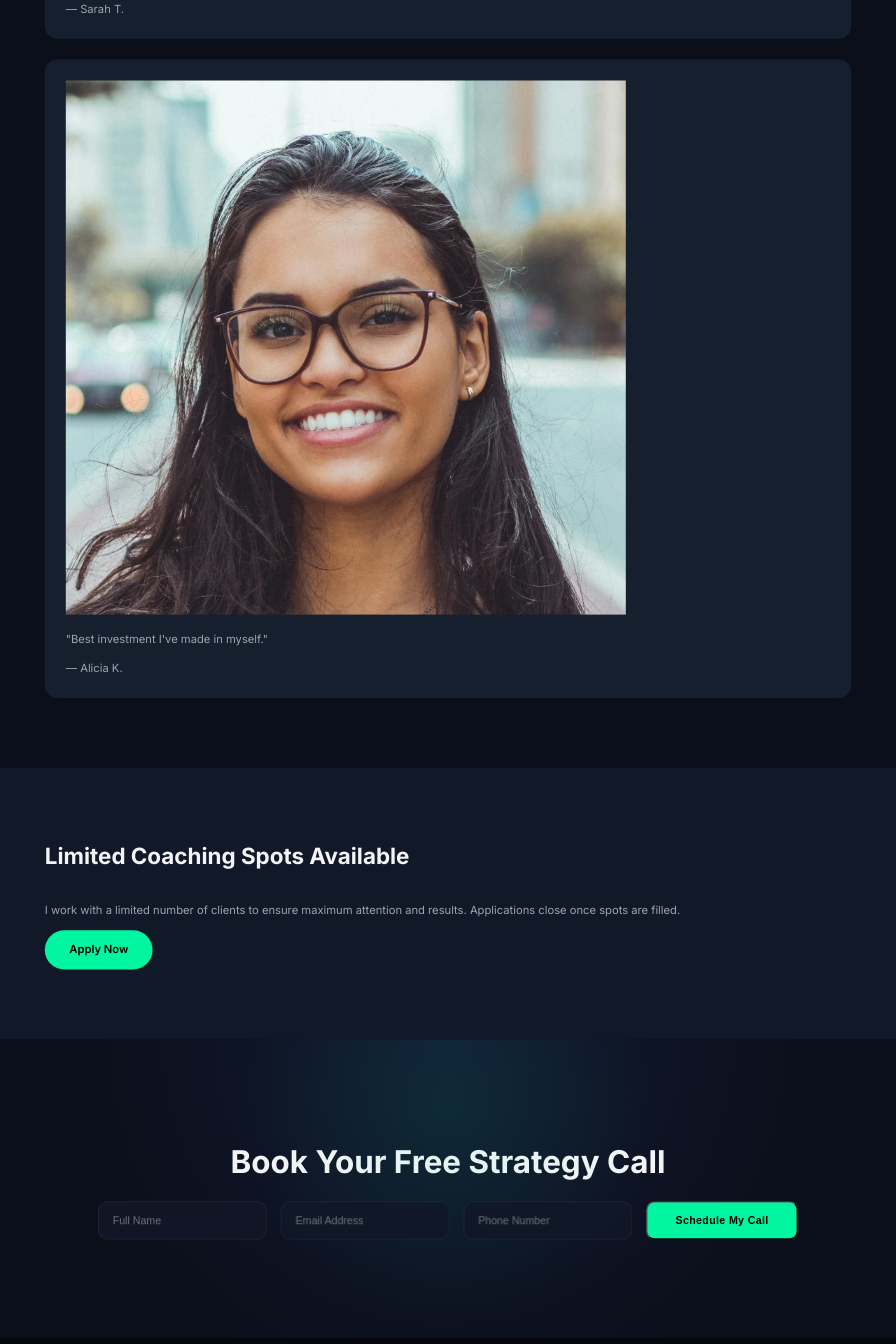
Repository: davidfsillva/Landing-page-pro
Page: index.html
The author's editor kept a copy of each file at every save. The page is drawn from the files as they stood at one save, then again after a run of saves.
The browser window is 1280 px wide. The pictures show the part of the page from y = 4580 to 6500 px (the page is 6627 px tall before and 6593 px after), at 70% of full size.

Above is the page before, as saved 2026-02-25 19:46:32.

After the next 3 saves:
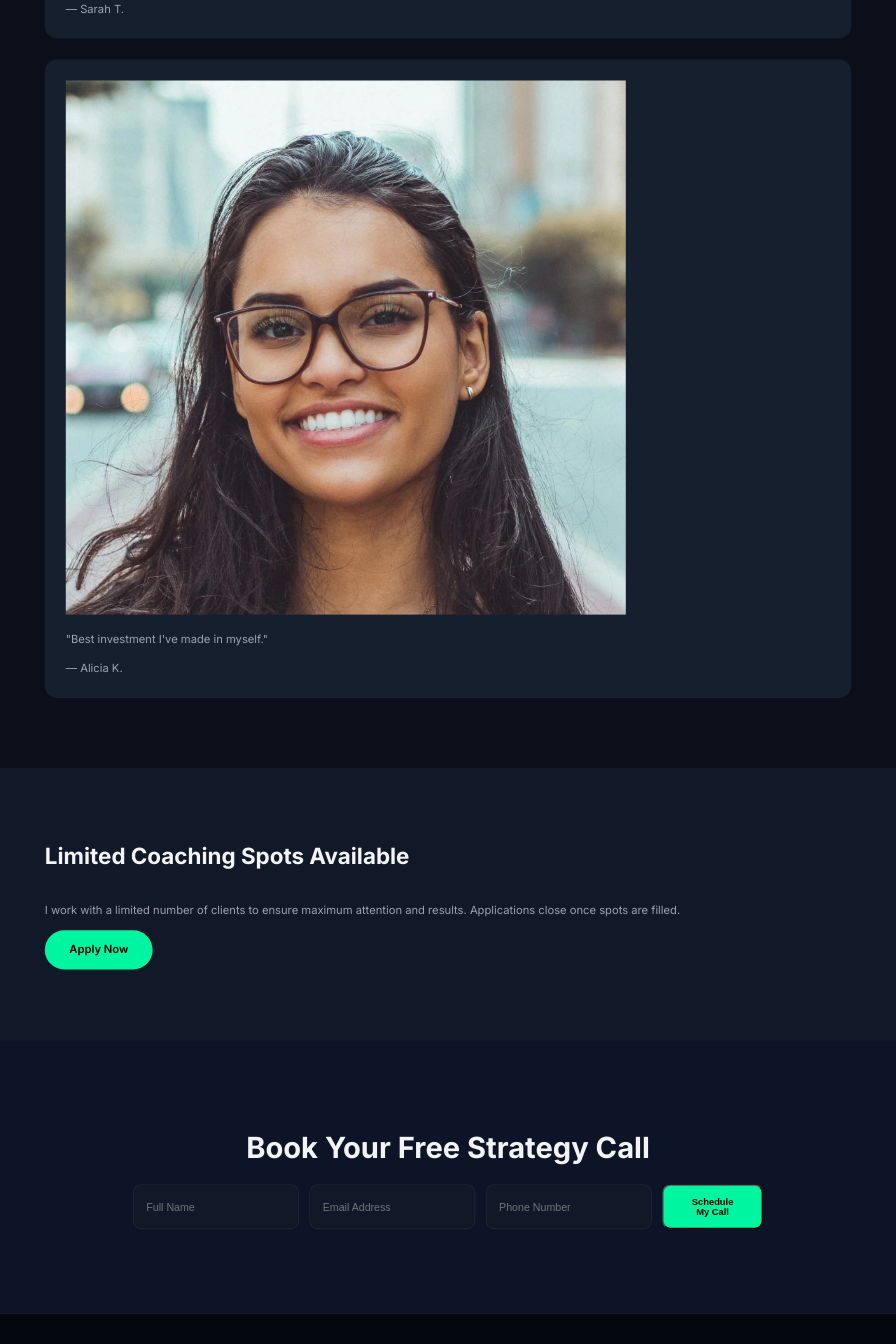
The 3 saves are shown as one change because they came seconds apart.
The last was saved 19 s later.
--- a/style.css
+++ b/style.css
@@ -140,6 +140,7 @@ p {
 .hero-grid {
     position: relative;
 }
+
 .hero-content {
     max-width: 600px;
     padding-left: 2px;
@@ -331,102 +332,58 @@ p {
 }
 
 /* ===============================
-   CTA PREMIUM UPGRADE
+   CTA CLEAN HIGH-END
 =================================*/
 
 .cta {
-    position: relative;
-    background: radial-gradient(circle at top, #111A33 0%, #0B0F1A 70%);
-    padding: 140px 0;
+    background: #0E1428;
+    padding: 120px 0;
     text-align: center;
-    overflow: hidden;
-}
-
-/* Glow sutil atrás */
-.cta::before {
-    content: "";
-    position: absolute;
-    width: 600px;
-    height: 600px;
-    background: radial-gradient(circle, rgba(0,245,160,0.08), transparent 70%);
-    top: -200px;
-    left: 50%;
-    transform: translateX(-50%);
-    pointer-events: none;
+    border-top: 1px solid rgba(255,255,255,0.05);
+    border-bottom: 1px solid rgba(255,255,255,0.05);
 }
 
 .cta h2 {
-    font-size: clamp(2rem, 4vw, 2.8rem);
+    font-size: clamp(2rem, 4vw, 2.6rem);
     margin-bottom: 20px;
 }
 
 .cta p {
     max-width: 600px;
-    margin: 0 auto 60px;
+    margin: 0 auto 50px auto;
+    font-size: 1rem;
     color: var(--muted);
 }
 
-/* ===============================
-   FORM PREMIUM
-=================================*/
-
+/* FORM INLINE PREMIUM */
 .form {
-    position: relative;
-    max-width: 1000px;
+    max-width: 900px;
     margin: 0 auto;
     display: grid;
     grid-template-columns: repeat(4, 1fr);
-    gap: 20px;
-}
-
-/* Inputs */
-
+    gap: 15px;
+}
+
+/* INPUTS */
 .form input {
-    padding: 18px 20px;
-    border-radius: 14px;
+    padding: 16px 18px;
+    border-radius: 12px;
     border: 1px solid rgba(255,255,255,0.08);
-    background: rgba(17,24,39,0.9);
+    background: #111827;
     color: var(--text);
     font-size: 0.95rem;
-    transition: all 0.3s ease;
-    backdrop-filter: blur(6px);
-}
-
-/* Placeholder */
+    transition: 0.3s ease;
+}
 
 .form input::placeholder {
     color: rgba(255,255,255,0.4);
 }
 
-/* Focus effect */
-
 .form input:focus {
     border-color: var(--accent);
-    box-shadow:
-        0 0 0 3px rgba(0,245,160,0.15),
-        0 10px 30px -10px rgba(0,245,160,0.4);
-    transform: translateY(-2px);
+    box-shadow: 0 0 0 3px rgba(0,245,160,0.12);
     outline: none;
 }
-
-/* Botão mais dominante */
-
-.form button {
-    border-radius: 14px;
-    font-weight: 700;
-    letter-spacing: 0.5px;
-    font-size: 0.95rem;
-    transition: all 0.3s ease;
-}
-
-/* Hover botão mais premium */
-
-.form button:hover {
-    transform: translateY(-4px);
-    box-shadow: 0 15px 35px -10px rgba(0,245,160,0.6);
-}
-
-
 
 /* BOTÃO */
 .form button {
